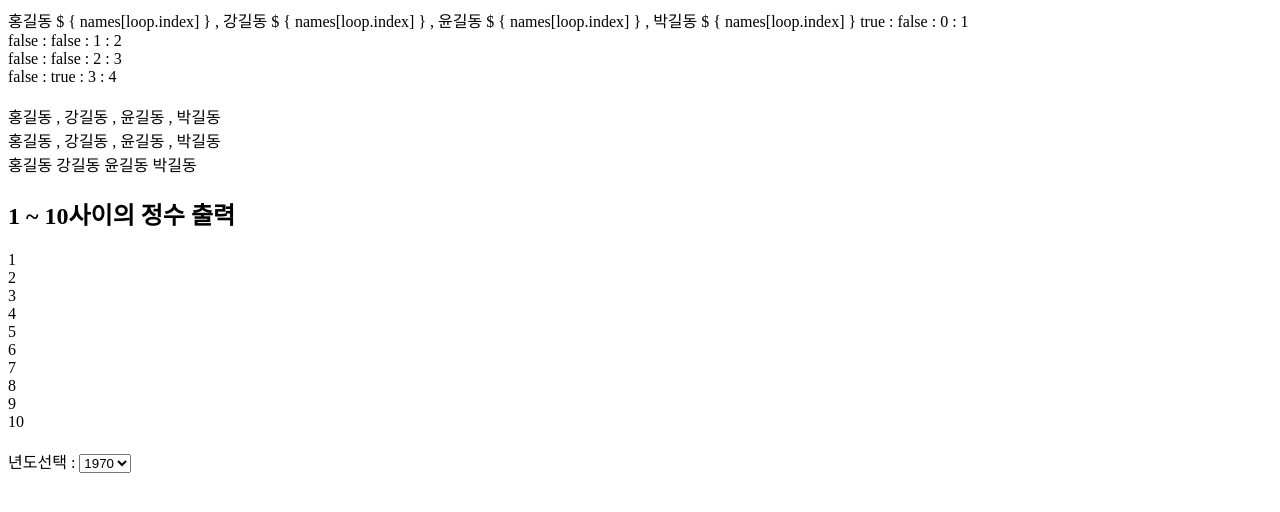
Repository: sunnny10/web-workspace
Page: http://localhost/Lecture-Web/jsp/jstl/core/exam05.jsp
An editor plug-in stored every save of this project. The page is shown before and after the next save, followed by the edit.
The browser window is 1280 px wide. The pictures show the whole page.
The page is served by Tomcat 9.

Above is the page before, as saved 2022-06-07 07:51:51.

After the next save:
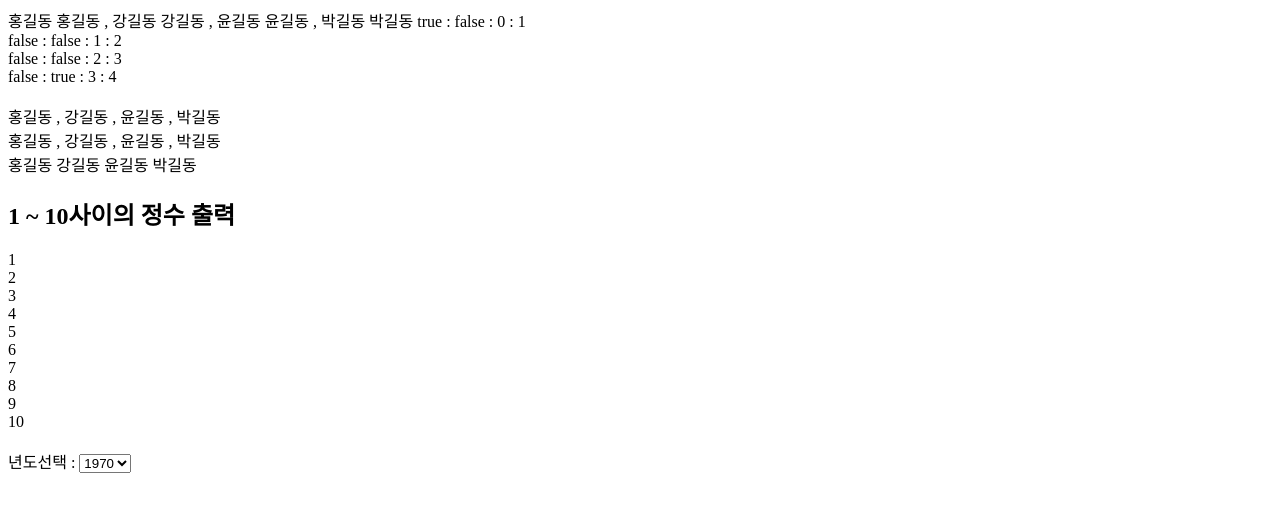
Saved 17 s later.
--- a/Lecture-Web/src/main/webapp/jsp/jstl/core/exam05.jsp
+++ b/Lecture-Web/src/main/webapp/jsp/jstl/core/exam05.jsp
@@ -19,7 +19,7 @@
 			,
 		</c:if>
 		${ name }
-		$ { names[loop.index] }
+		${ names[loop.index] }
 	</c:forEach>
 	<!-- 반복과 관련된, 한번 반복을 돌때마다 걔에 대한 속성을 지정할 때 사용 -->
 	<!-- 루프를 돌때마다 걔에 대한 상태를 저장하는 변수를 loop로 지정, map 형태 -->
